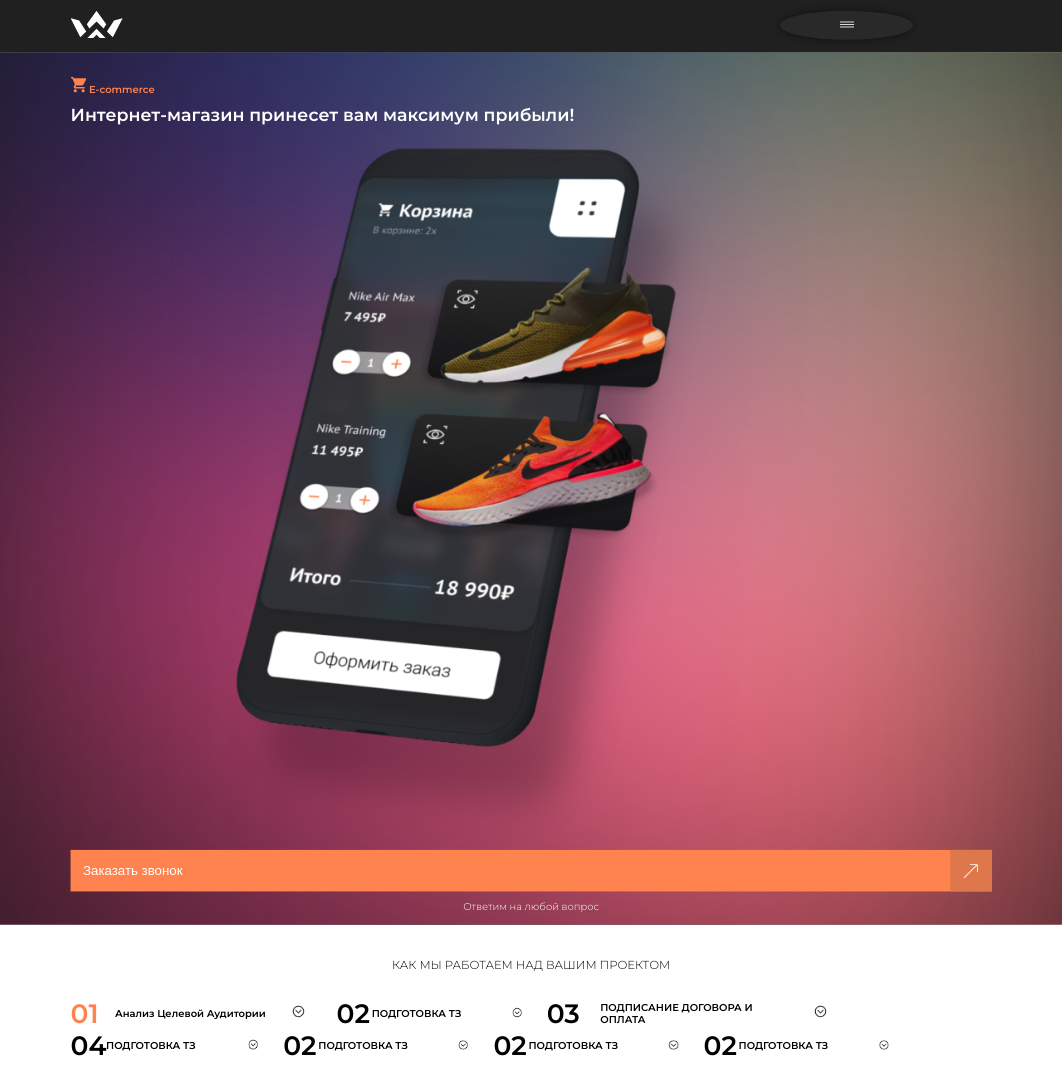
Repository: Gabi0605/my-tests
Page: web_alternative/index.html
An editor plug-in stored every save of this project. The page is shown before and after a run of saves, followed by the edit.
The browser window is 1280 px wide. The pictures show the whole page, at 83% of full size.
The style sheet was rebuilt from its Sass, Less or Tailwind sources for each picture, by a compiler version that may differ from the author's.

Above is the page before, as saved 2020-01-19 20:21:59.

After the next 2 saves:
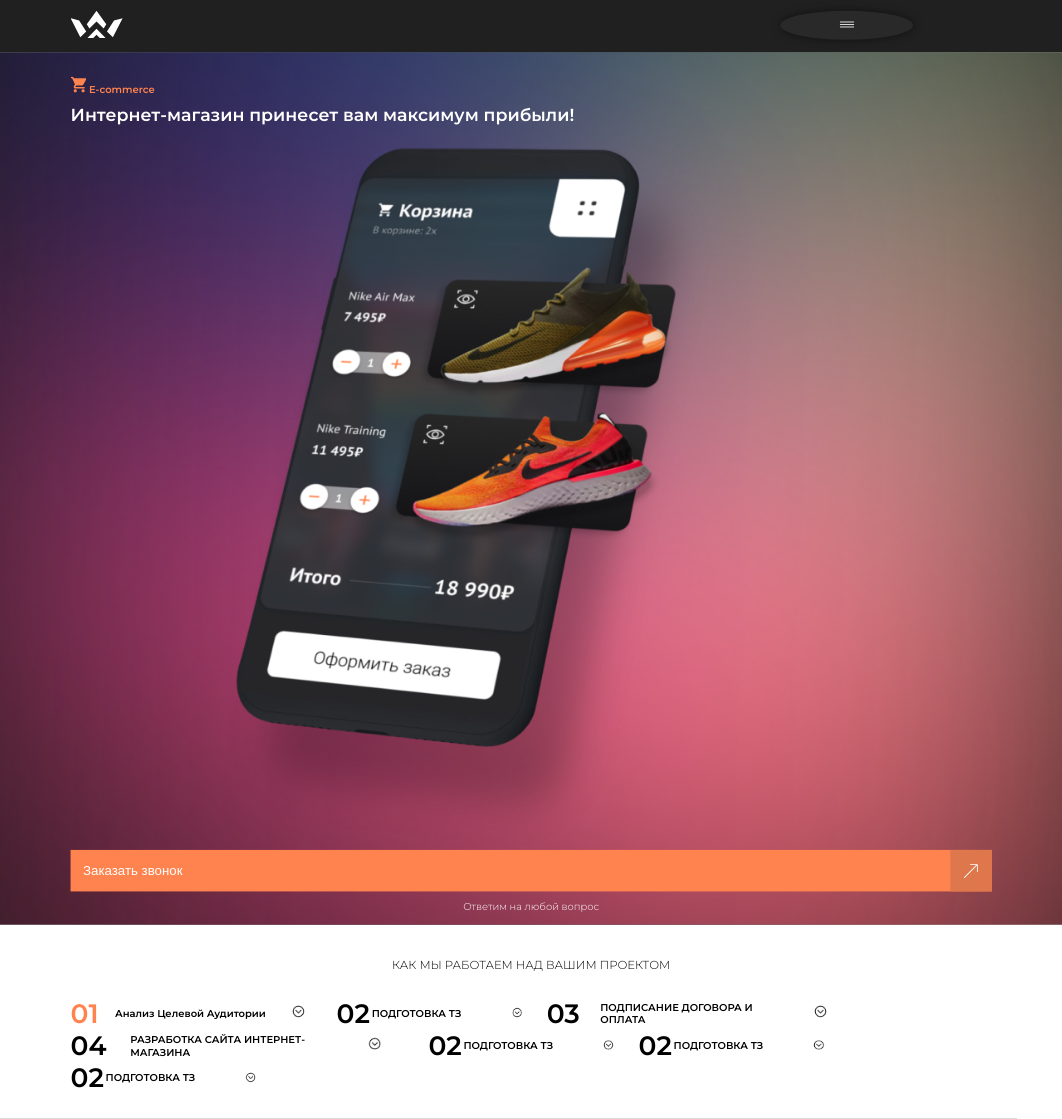
The 2 saves are shown as one change because they came seconds apart.
The last was saved 14 s later.
--- a/web_alternative/index.html
+++ b/web_alternative/index.html
@@ -83,7 +83,7 @@
                 <div class="item">
                     <div class="col-2 item__number">04</div>
                     <div class="col-8 item__p">
-                        <p>Подготовка ТЗ</p>
+                        <p>Разработка сайта интернет-магазина</p>
                     </div>
                     <div class="col-2 item__btn">
                         <button><img src="img/arrow-down.png" alt=""></button>
